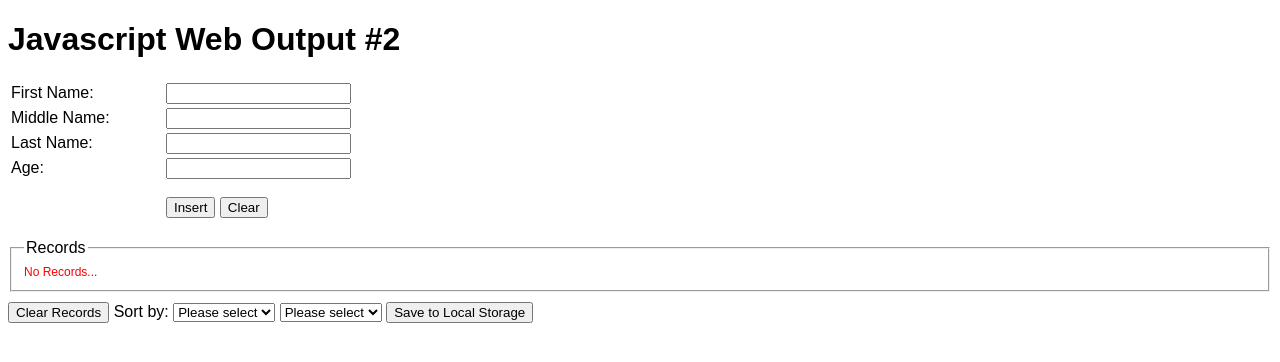
Repository: ljlazada11/JSADVANCED
Page: index.html
The author's editor kept a copy of each file at every save. The page is drawn from the files as they stood at one save, then again after the next save.
The browser window is 1280 px wide. The pictures show the whole page.

Above is the page before, as saved 2026-08-20 17:47:49.

After the next save:
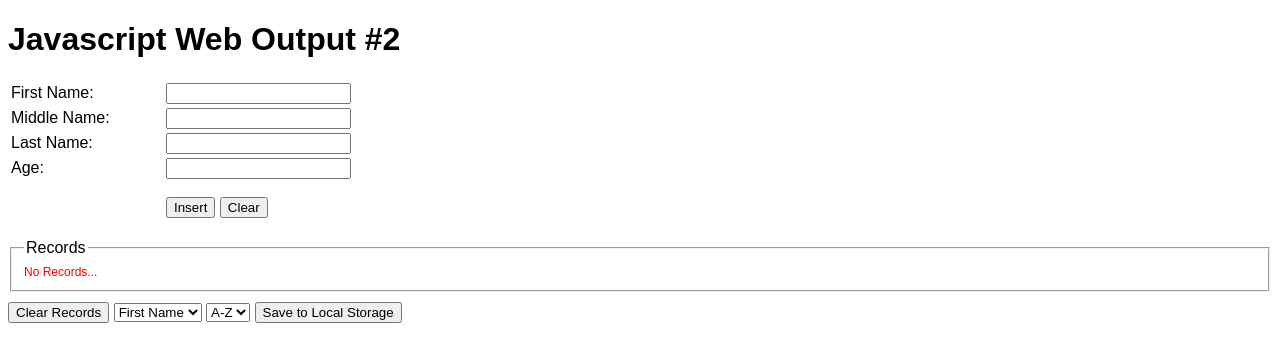
Saved 2 min 44 s later.
--- a/index.html
+++ b/index.html
@@ -60,42 +60,39 @@
                 <button id="btnClear">Clear</button>
             </td>
         </tr>
-
     </table>
     <br>
+
     <fieldset>
         <legend>Records</legend>
         <p id="status" style="color:red; font-size: 12px;"></p>
         <table id="tblRecords" style="border-collapse: collapse; margin: auto;">
         </table>
     </fieldset>
-</div>
-
-    <div class="controls">
-
-        <button id="btnClearItems" style="margin-top: 10px;">Clear Records</button>
-
-        </button>
-
-        <label for="sortProperty">Sort by:</label>
-
-        <select id="sortProperties" onchange="sortLetters()">
-            <option value="">Please select</option>
-            <option value="fname">First Name</option>
-            <option value="lname">Last Name</option>
-        </select>
-
-        <select id="sortSelect" onchange="sortLetters()">
-            <option value="">Please select</option>
-            <option value="ascending">A-Z</option>
-            <option value="descending">Z-A</option>
-        </select>
-
-        <button id="myLanguages" style="margin-top: 10px;" onclick="save()">Save to Local Storage</button>
 
 
 
-    </div>
+    <button id="btnClearItems" style="margin-top: 10px;">Clear Records</button>
+
+
+        <!-- Dropdown 1: Select the Column/Property -->
+
+    <select id="sortProperty" onchange="applySort()">
+    <option value="fname">First Name</option>
+    <option value="lname">Last Name</option>
+
+    </select>
+
+    <!-- Dropdown 2: Select the Order/Direction -->
+
+    <select id="sortDirection" onchange="applySort()">
+    <option value="asc">A-Z</option>
+    <option value="desc">Z-A</option>
+    </select>
+
+    <button id="myLanguages" style="margin-top: 10px;" onclick="save()">Save to Local Storage</button>
+
+
     <script src="main.js"></script>
 </body>
 </html>
